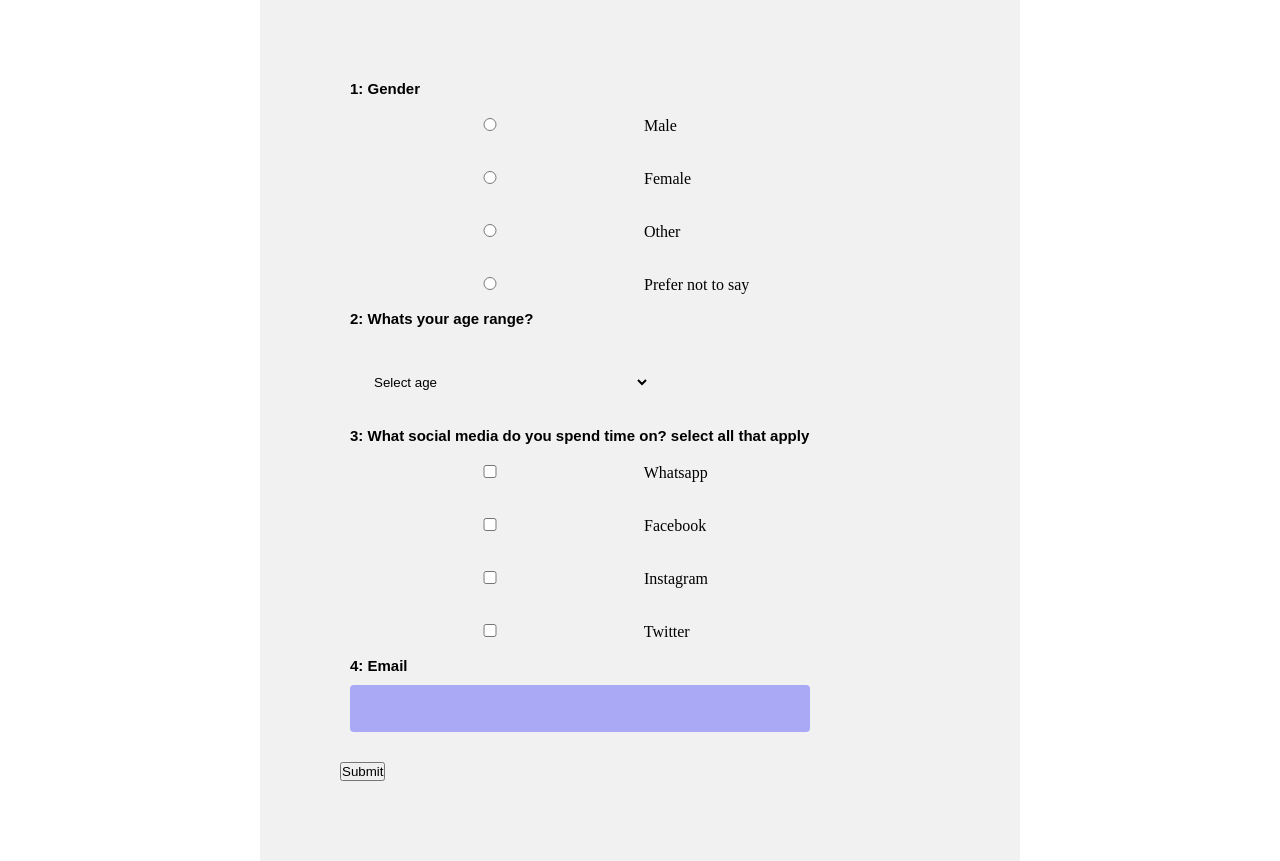
Repository: Grace229/Hasob-form
Page: index.html
An editor plug-in stored every save of this project. The page is shown before and after a run of saves, followed by the edit.
The browser window is 1280 px wide. The pictures show the whole page.

Above is the page before, as saved 2020-12-28 07:44:16.

### index.html
<!DOCTYPE html>
<html lang="en">
<head>
    <meta charset="UTF-8">
    <meta name="viewport" content="width=device-width, initial-scale=1.0">
    <title>Document</title>
    <link rel="stylesheet" href="style.css">
</head>
<body>
    <form>
        <!-- radio button -->
        <div>
            <label class="question" for="">1: Gender </label> <br>
                <input type="radio" name="gender" value="male" class="input" required>
                <label> Male</label>
                <input type="radio" name="gender" value="male" class="input" required>
                <label> Female</label>
                <input type="radio" name="gender" value="male" class="input" required>
                <label> Other</label>
                <input type="radio" name="gender" value="male" class="input" required>
                <label> Prefer not to say</label>

        </div>
        <!-- dropdown -->
        <div>
            <label  class="question" for="ageselect">2: Whats your age range? </label><br>
               <select name="grace" id="input" required>
                   <option class="check">
                    Select age
                   </option>
                   <option value="male" class="check">
                     15-25
                   </option>
                   <option value="male" class="check">
                     26-35
                   </option>
                   <option value="male" class="check">
                     36-45
                   </option>
                   <option value="male" class="check">
                     46-60
                   </option>
               </select>
        </div>
        <!-- checkboxes -->
           <div>
            <label  class="question" for="">3: What social media do you spend time on? select all that apply</label>
            <div class="social-checkboxes">
               <input type="checkbox" name="gender" value="male" class="input">
               <label> Whatsapp</label>
                <input type="checkbox" name="gender" value="male" class="input">
                <label> Facebook</label>
                <input type="checkbox" name="gender" value="male" class="input">
                <label> Instagram</label>
                <input type="checkbox" name="gender" value="male" class="input">
                <label> Twitter</label>
        </div>
        </div>
        <!-- textbox -->
        <div>
            <label  class="question" for=""> 4: Email</label>
            <input type="email" name="email" id="email" required>
        </div>

        <div>
          <button class="submit"> Submit </button>
        </div>
   </form>
</body>
</html>

### style.css
*{
    padding: 0;
    margin: 0;
}
.question{
    font-size: 15px;
    font-weight: bold;
    font-family: sans-serif;
    margin: 10px 50px 10px 10px;
}

.input{
    width: 50%;
    margin: 20px 0px 20px 0px;
    cursor: pointer;

}
.check{
    border: solid 1px black;
}
#input{
    width: 50%;
    margin: 30px 10px 20px 10px;
    border: none;
}
select{
    border: 1px  solid black;
    background-color:#f1f1f1;
    padding: 16px 20px;
    border-radius: 4px;
}
option{
    border: 1px solid black;
    font-size:  15px;
}
form{
    width: 600px;
    margin: auto;
    background-color: #f1f1f1;
    padding: 80px;
}
#email{
    width: 70%;
    margin: 10px 10px 30px 10px;
    border: none;
    background-color: rgb(169, 169, 245);
    padding: 16px 20px;
    border-radius: 4px;
    cursor: pointer;
}
#email:focus{
    background-color: #ffffff;
    font-size: 20px;

}
.btn{
    cursor: pointer;
    display: inline-block;
    border: 0;
    font-weight: bold;
    padding: 10px 20px;
    background: #3CBC8D;
    color: #fff;
    font-size: 15px;
}

.btn:hover{
opacity: 0.9;
}

After the next 2 saves:
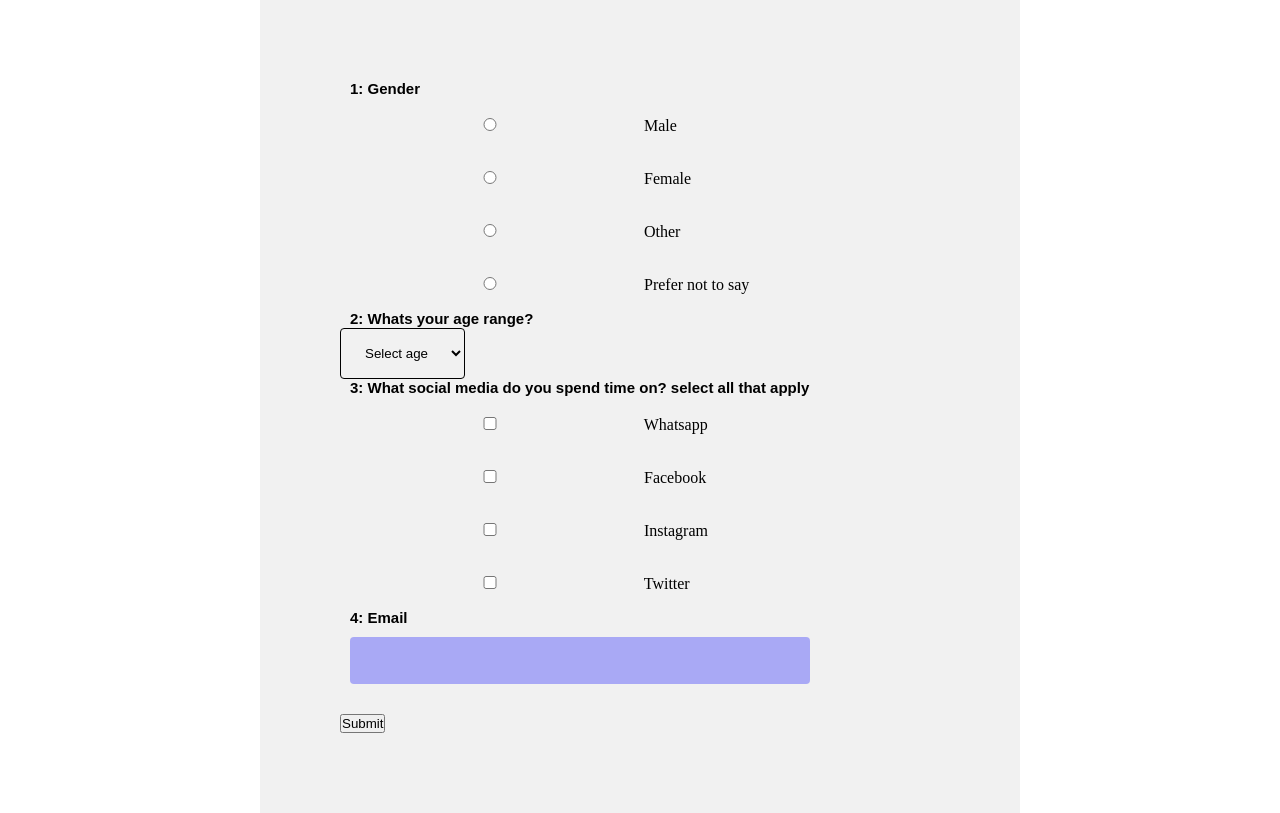
The 2 saves are shown as one change because they came seconds apart.
The last was saved 7 s later.
--- a/index.html
+++ b/index.html
@@ -24,7 +24,7 @@
         <!-- dropdown -->
         <div>
             <label  class="question" for="ageselect">2: Whats your age range? </label><br>
-               <select name="grace" id="input" required>
+               <select name="ageselect" id="ageselect" required>
                    <option class="check">
                     Select age
                    </option>

After the 2 saves that followed:
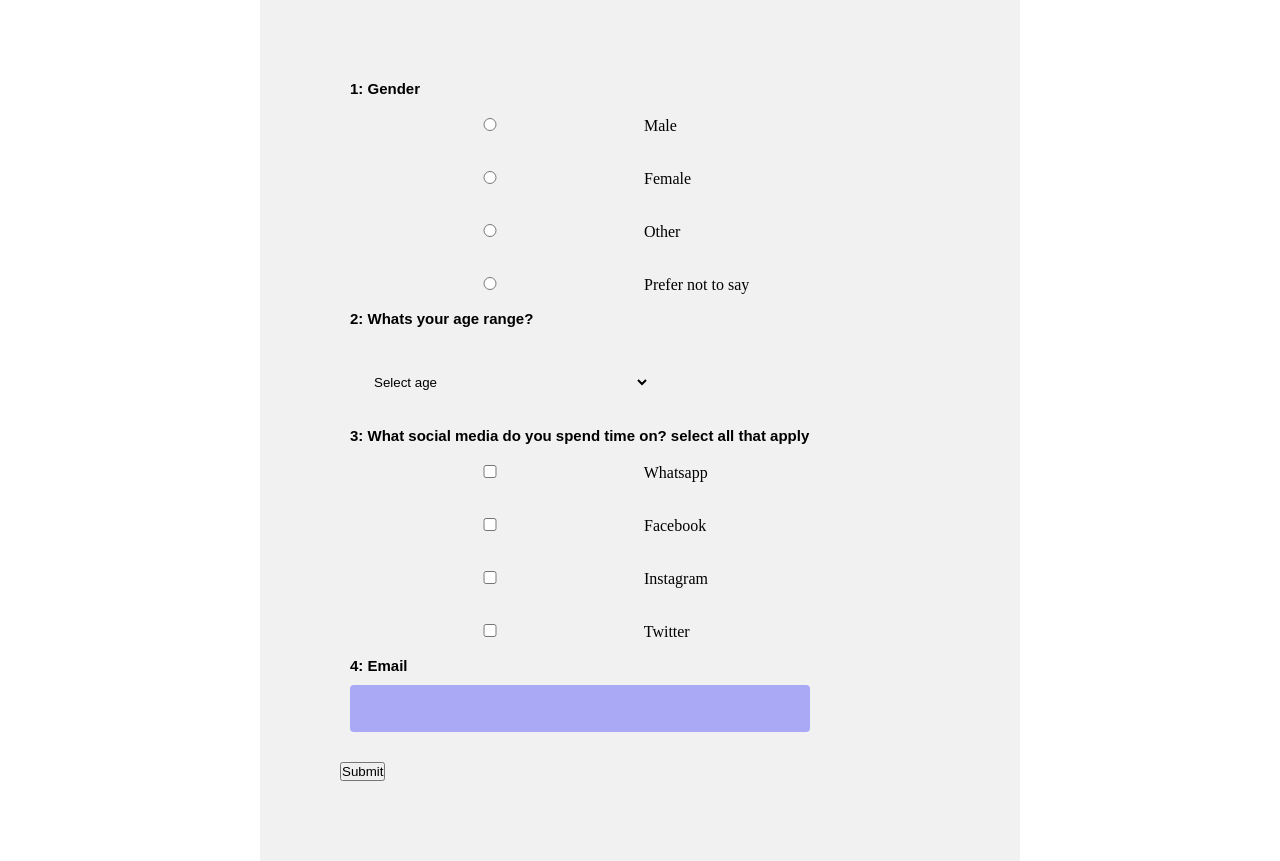
The 2 saves are shown as one change because they came seconds apart.
The last was saved 28 s later.
--- a/style.css
+++ b/style.css
@@ -18,7 +18,7 @@
 .check{
     border: solid 1px black;
 }
-#input{
+#input, #ageselect{
     width: 50%;
     margin: 30px 10px 20px 10px;
     border: none;
